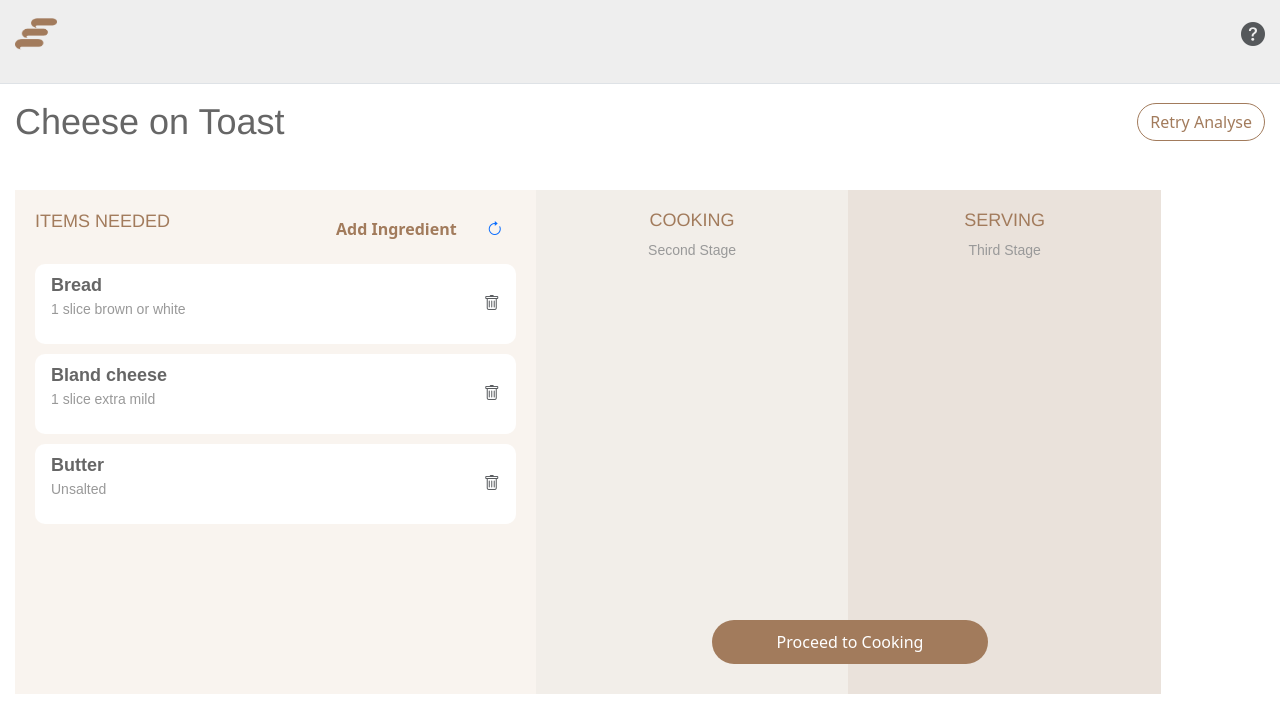
Repository: devashrisamani/SMC
Page: index.html
These files come from the project's save history. The page is drawn as it stood at one moment and after the next save; the edit follows.
The browser window is 1280 px wide. The pictures show the whole page.

Above is the page before, as saved 2024-10-14 10:50:48.

After the next save:
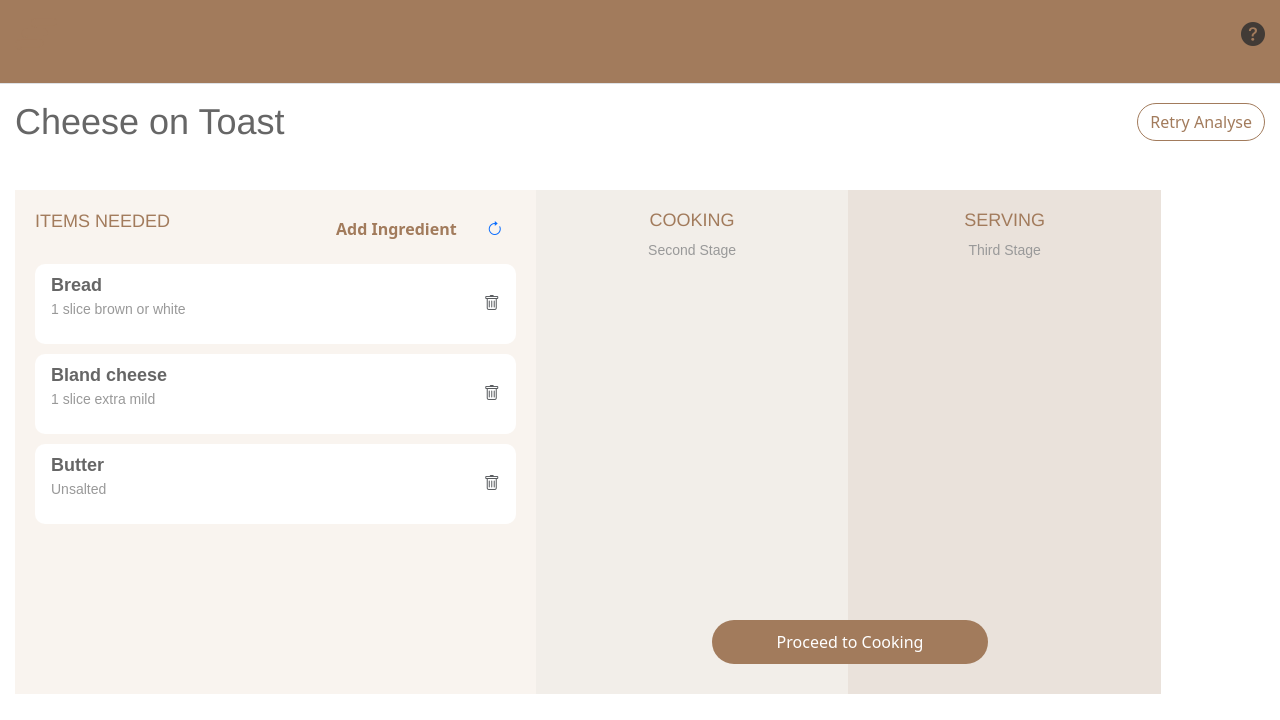
Saved 53 s later.
--- a/index.html
+++ b/index.html
@@ -28,7 +28,7 @@
       }
 
       header {
-        background-color: #eee;
+        background-color: #a27b5c;
       }
     </style>
   </head>
